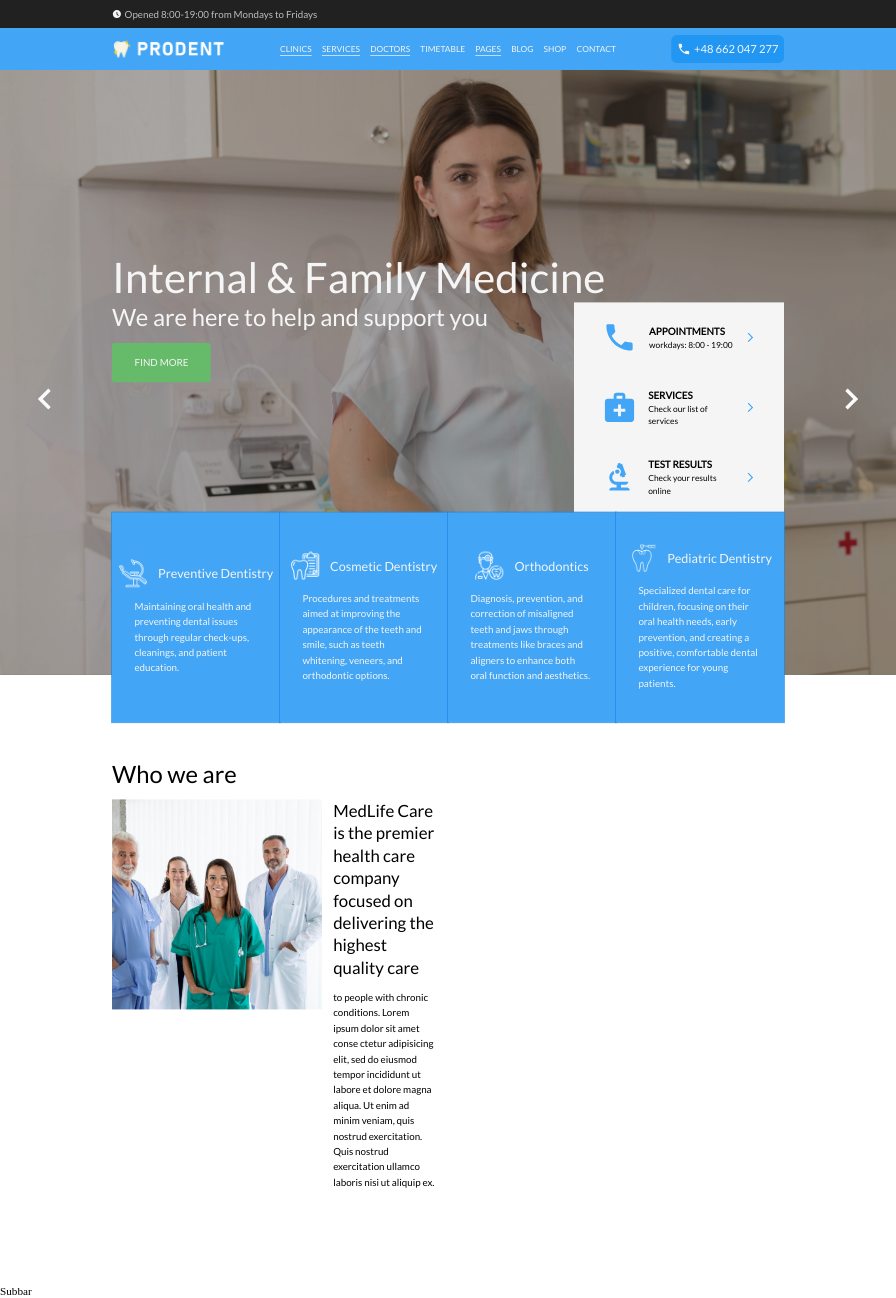
Repository: princ3-web/8
Page: /
These files come from the project's save history. The page is drawn as it stood at one moment and after the next save; the edit follows.
The browser window is 1280 px wide. The pictures show the whole page, at 70% of full size.
The project was rebuilt for these pictures with package versions that can differ from the ones it lists, and the page was loaded fresh each time. Also part of the build but not shown: vite.config.js, src/subpages/About.jsx, src/index.css.

Above is the page before, as saved 2023-11-02 15:17:58.

After the next save:
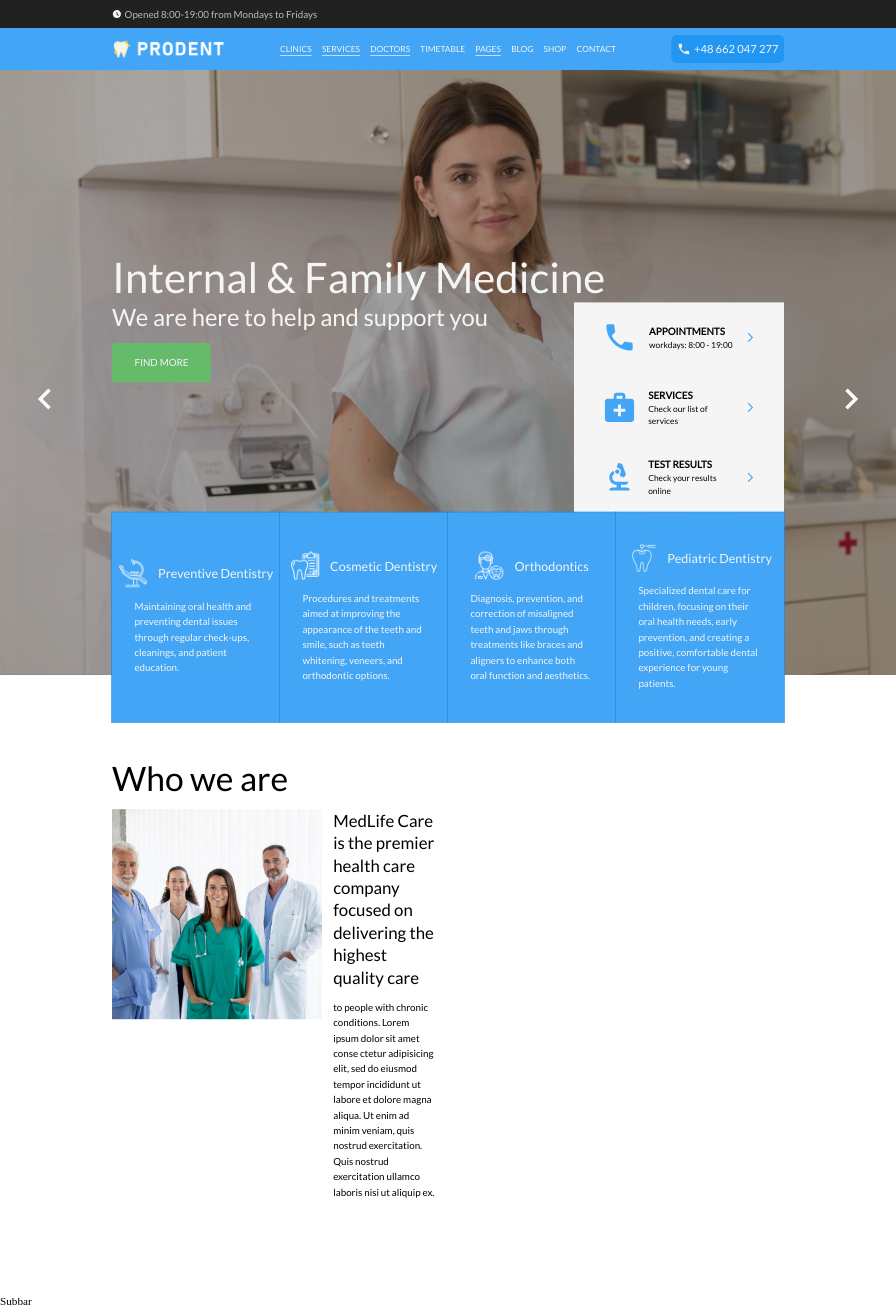
Saved 15 s later.
--- a/src/subpages/Home.jsx
+++ b/src/subpages/Home.jsx
@@ -233,7 +233,7 @@ const Home = () => {
       </Box>
       <Menu />
       <Box sx={{ boxSizing: "border-box", px: "160px", py: "120px" }}>
-        <Typography variant="h4">Who we are</Typography>
+        <Typography variant="h3">Who we are</Typography>
         <Box sx={{ display: "flex",  width:"50%" }}>
           <CardMedia
             component="img"
